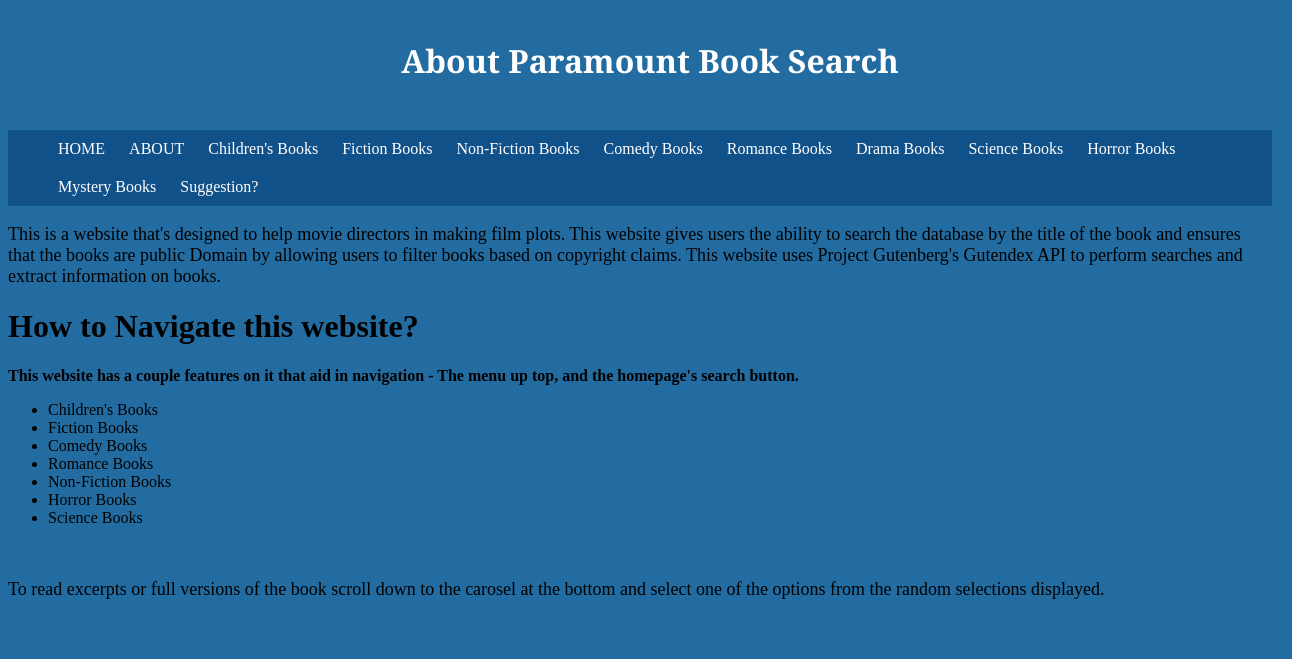
Repository: ChiaEE/INST377---Group-13
Page: About_page.html
The author's editor kept a copy of each file at every save. The page is drawn from the files as they stood at one save, then again after the next save.
The browser window is 1280 px wide. The page is 1292 px wide, so the pictures cover 1292 px, including what lies to the right of the window. The pictures show the whole page.

Above is the page before, as saved 2024-05-19 22:10:41.

After the next save:
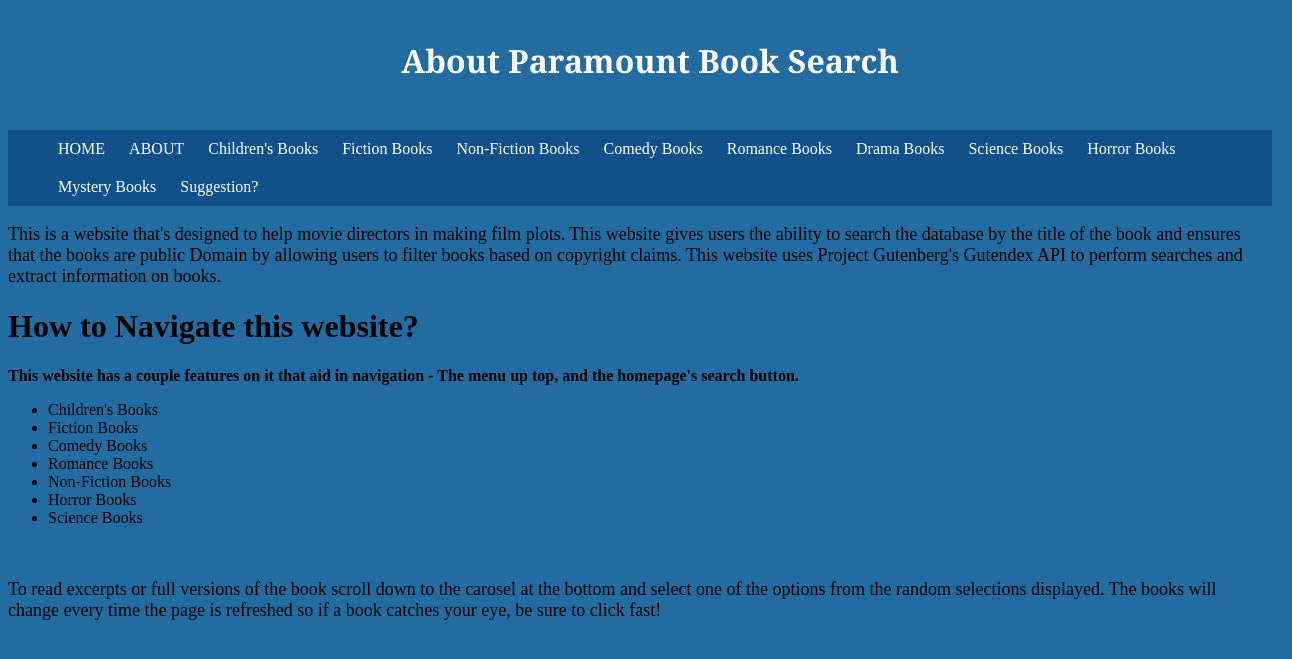
Saved 47 s later.
--- a/About_page.html
+++ b/About_page.html
@@ -52,7 +52,8 @@
 
         <p style="font-size:large;"> To read excerpts or full versions of the book scroll
             down to the carosel at the bottom and select one of the options from the random
-            selections displayed.
+            selections displayed. The books will change every time the page is refreshed
+            so if a book catches your eye, be sure to click fast!
         </p>
 
     </body>
